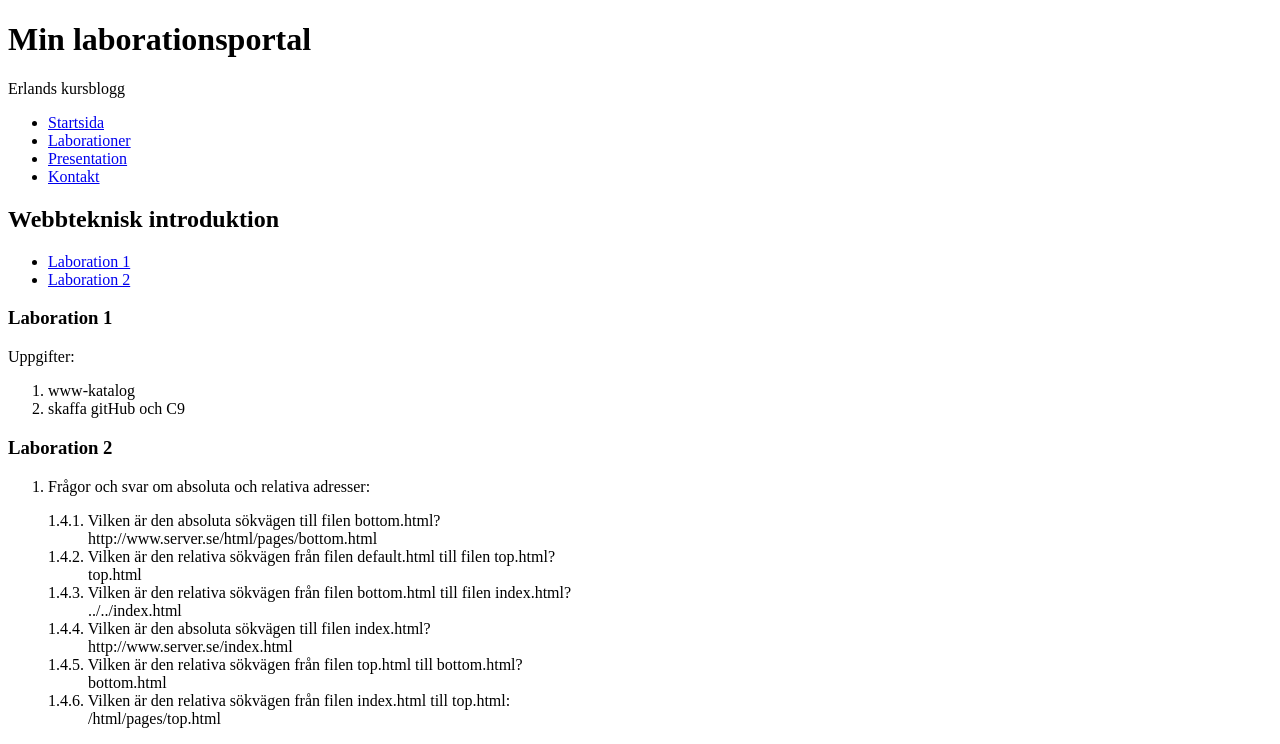
Repository: ej222ru/1IK415-laborationer
Page: pages/laborationer.html
The author's editor kept a record of every edit. The page is drawn from the files as they stood at one moment, then again after the next edit.
The browser window is 1280 px wide. The pictures show the whole page.

Above is the page before.

### pages/laborationer.html
<!doctype html>
<html lang="sv">
    <head>
        <meta charset="utf-8" />
        <title>Erlands kursblogg</title>
    </head>
    <body>
    <h1>Min laborationsportal</h1>

    <p>Erlands kursblogg</p>
        <ul>
            <li><a href="../index.html">Startsida</a></li>
            <li><a href="laborationer.html">Laborationer</a></li>
            <li><a href="presentation.html">Presentation</a></li>
            <li><a href="kontakt.html">Kontakt</a></li>
        </ul>
        <h2>Webbteknisk introduktion</h2>
        <ul>
            <li><a href="#Laboration1">Laboration 1</a></li>
            <li><a href="#Laboration2">Laboration 2</a></li>
        </ul>
        <h3>Laboration 1 <a id="Laboration1"></a></h3>
        <p>Uppgifter:</p>
        <ol>
            <li>www-katalog</li>
            <li>skaffa gitHub och C9</li>
        </ol>
        <h3>Laboration 2 <a id="Laboration2"></a></h3>
        <ol>

            <li>Frågor och svar om absoluta och relativa adresser:
                <dl>
                <dt>1.4.1. Vilken är den absoluta sökvägen till filen bottom.html? </dt>
                <dd>http://www.server.se/html/pages/bottom.html</dd>
                <dt>1.4.2. Vilken är den relativa sökvägen från filen default.html till filen top.html? </dt>
                <dd>top.html</dd>
                <dt>1.4.3. Vilken är den relativa sökvägen från filen bottom.html till filen index.html? </dt>
                <dd>../../index.html</dd>
                <dt>1.4.4. Vilken är den absoluta sökvägen till filen index.html? </dt>
                <dd>http://www.server.se/index.html</dd>
                <dt>1.4.5. Vilken är den relativa sökvägen från filen top.html till bottom.html? </dt>
                <dd>bottom.html</dd>
                <dt>1.4.6. Vilken är den relativa sökvägen från filen index.html till top.html:</dt>
                <dd>/html/pages/top.html</dd>
                </dl>
            </li>
        </ol>

      </body>
</html>

After the next edit:
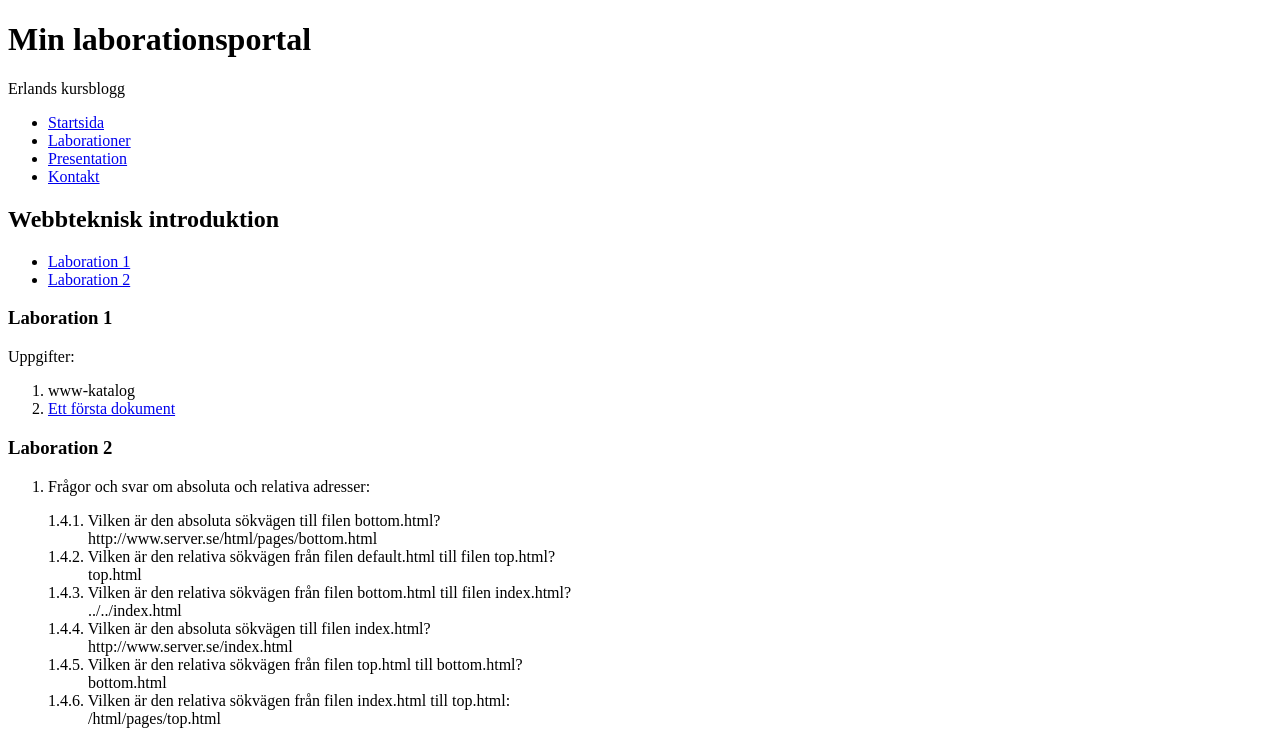
The edit:
--- a/pages/laborationer.html
+++ b/pages/laborationer.html
@@ -23,7 +23,7 @@
         <p>Uppgifter:</p>
         <ol>
             <li>www-katalog</li>
-            <li>skaffa gitHub och C9</li>
+            <li><a href="presentation.html">Ett första dokument</a></li>
         </ol>
         <h3>Laboration 2 <a id="Laboration2"></a></h3>
         <ol>
